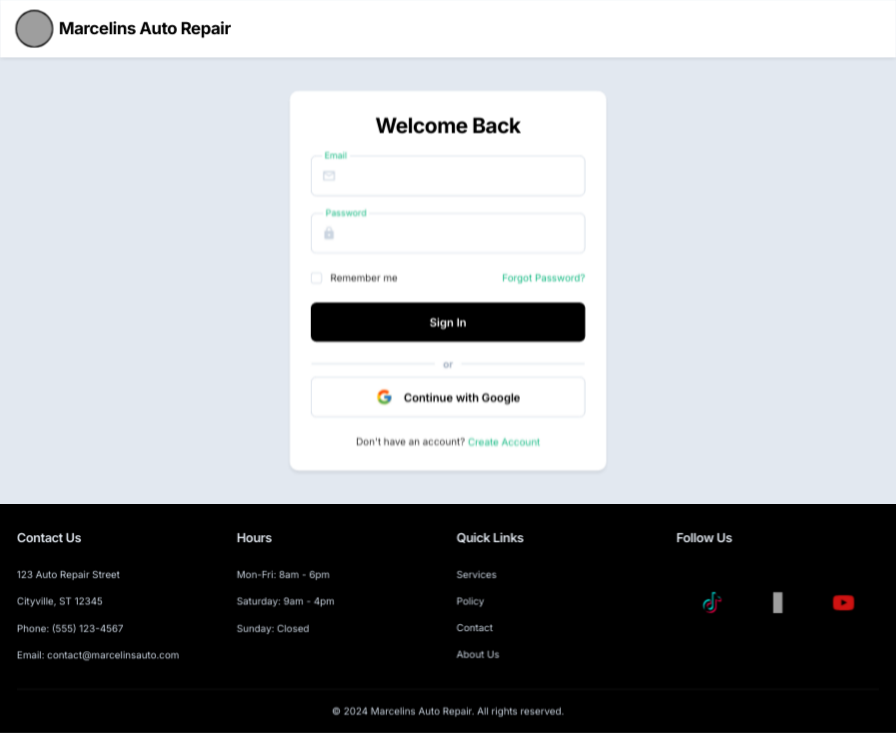
Repository: ilovegames507/twebsite-2
Page: frontend/public/about.html
The author's editor kept a copy of each file at every save. The page is drawn from the files as they stood at one save, then again after the next save.
The browser window is 1280 px wide. The pictures show the part of the page from y = 0 to 1920 px (the page is 1047 px tall before and 8641 px after), at 70% of full size.
Pictures or frames that could not be fetched are drawn as grey boxes.

Above is the page before, as saved 2025-03-18 20:14:10.

After the next save:
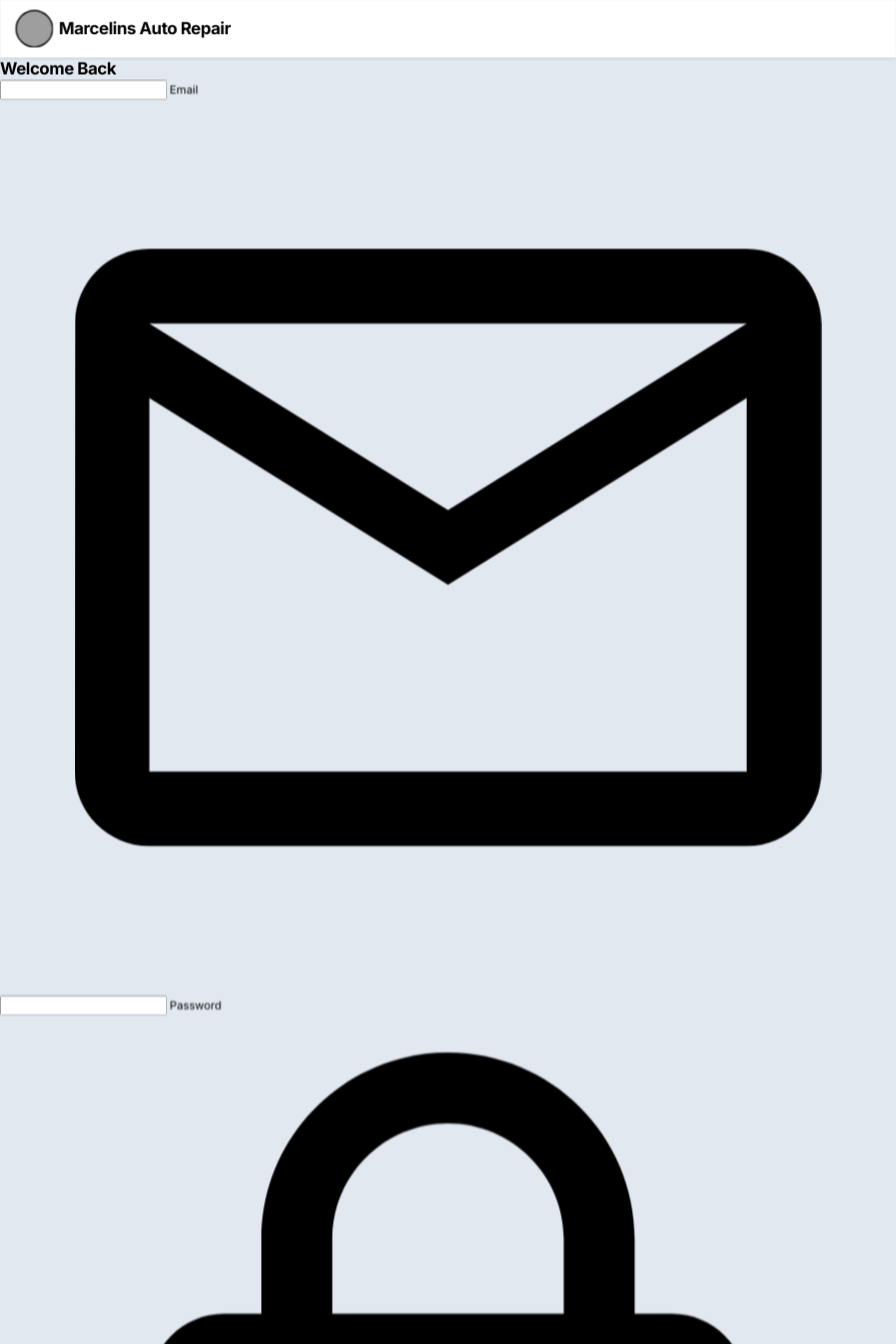
Saved 16 s later.
--- a/frontend/public/about.html
+++ b/frontend/public/about.html
@@ -12,8 +12,6 @@
   <link rel="stylesheet" href="styles/modern-normalize.css" />
   <link rel="stylesheet" href="styles/global.css" />
   <link rel="stylesheet" href="styles/components/header.css" />
-  <link rel="stylesheet" href="styles/components/login&signup.css" />
-
 
   <link rel="stylesheet" href="styles/components/footer.css" />
   <link rel="stylesheet" href="styles/utils.css" />
